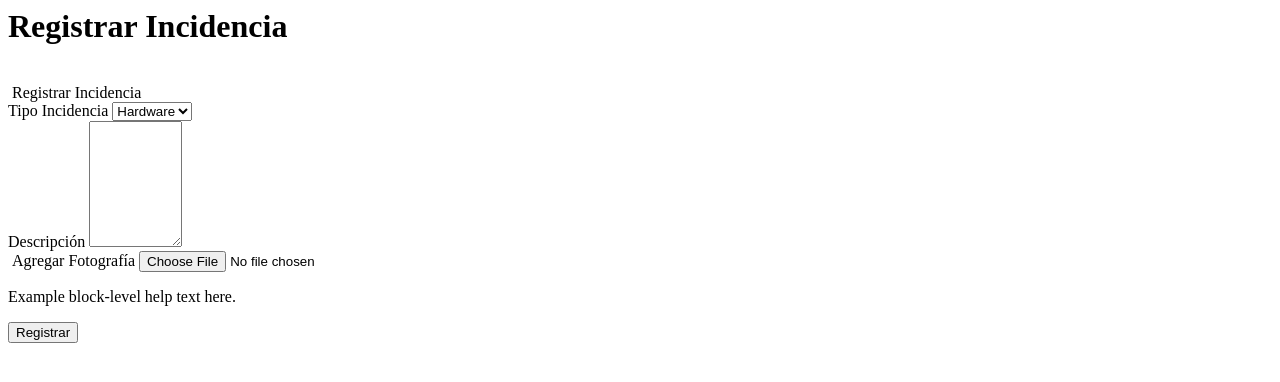
Repository: androla10/ProyectoCibert5to
Page: http://localhost/GDI/Incidencia/RegistrarIncidencia.jsp
The author's editor kept a copy of each file at every save. The page is drawn from the files as they stood at one save, then again after the next save.
The browser window is 1280 px wide. The pictures show the whole page.
The page is served by Tomcat 9. Nobody is signed in. The application's start-up code is not run.

Above is the page before, as saved 2016-05-10 22:01:38.

After the next save:
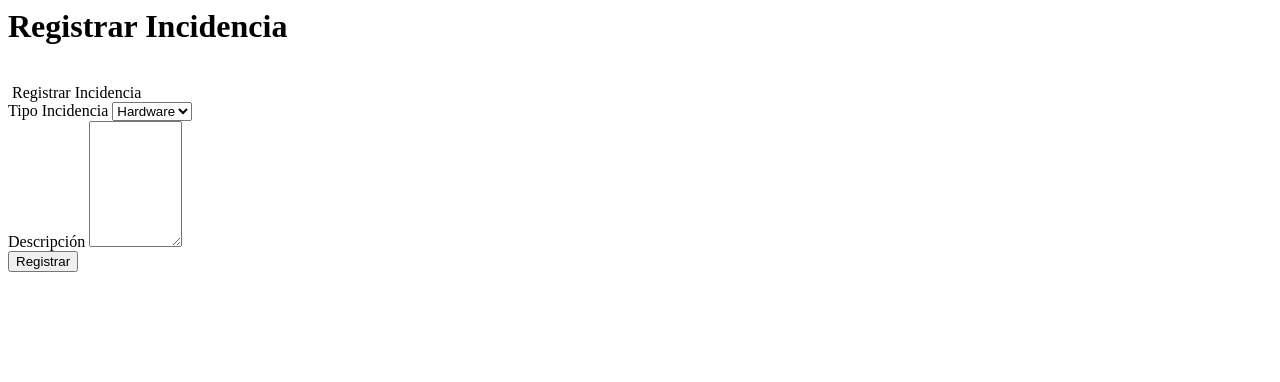
Saved 12 s later.
--- a/GDI/src/main/webapp/Incidencia/RegistrarIncidencia.jsp
+++ b/GDI/src/main/webapp/Incidencia/RegistrarIncidencia.jsp
@@ -22,11 +22,6 @@
 							<textarea type="text" class="form-control"
 								name="usuario.apellido" id="descripcion" rows="8" cols="9"></textarea>
 						</div>
-						<div class="form-group">
-							<label for="archivo"><i class="fa fa-file-image-o fa-1x"></i>&nbsp;Agregar Fotografía</label>
-							<input type="file" name="incidencia.archivo" id="archivo "/>
-							<p class="help-block">Example block-level help text here.</p>
-						</div>
 						<button type="submit" class="btn btn-primary">Registrar</button>
 					</div>
 					<div class="col-xs-12 col-sm-12 col-sm-6 col-lg-6">
